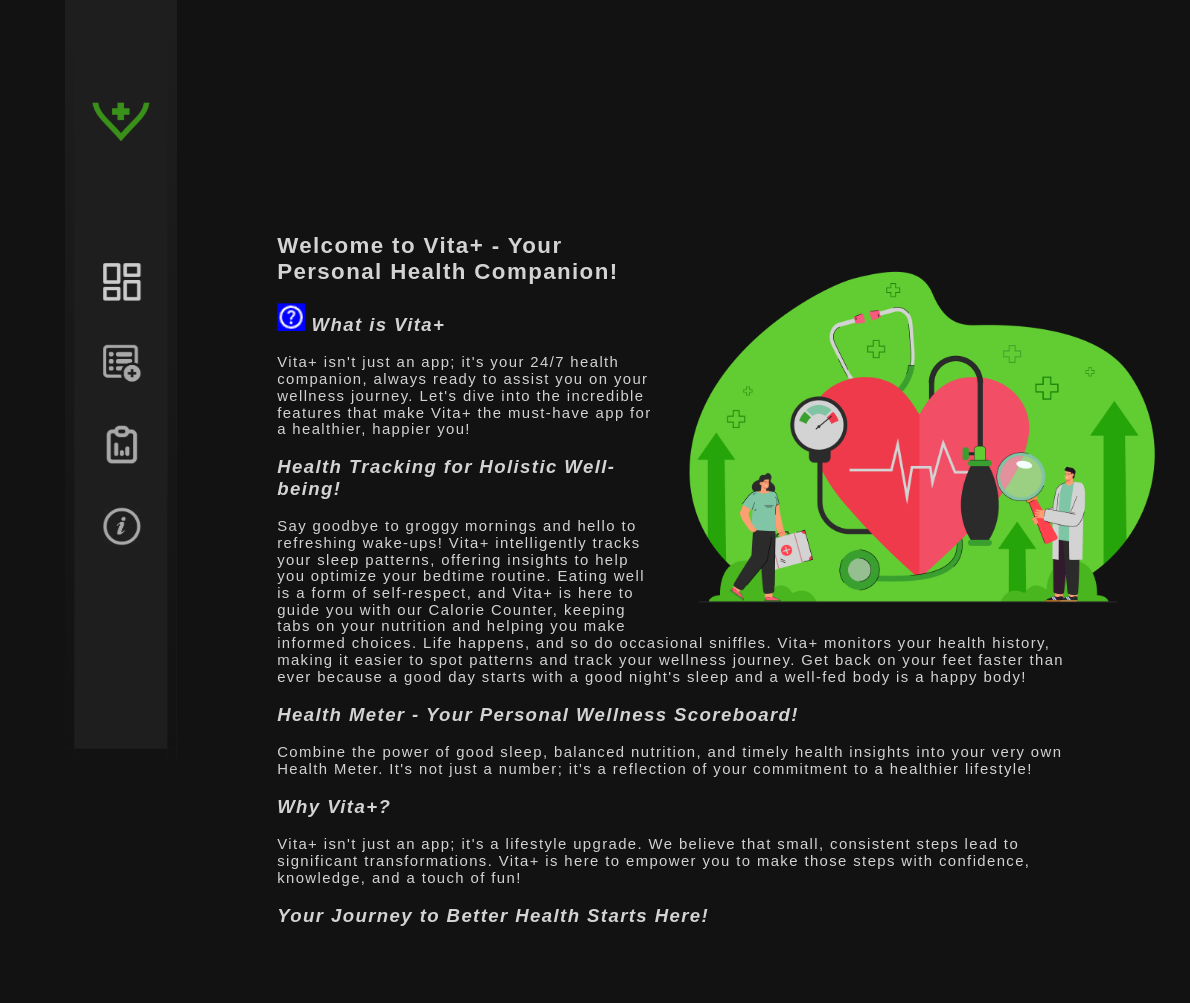
Repository: mhmd-bilal/health-analytics-dashboard
Page: http://localhost/project/info.jsp
An editor plug-in stored every save of this project. The page is shown before and after the next save, followed by the edit.
The browser window is 1280 px wide. The pictures show the whole page, at 93% of full size.
Some web fonts or font styles are not loaded; a fallback is used. Some web libraries are served in a nearby version. The page is served by Tomcat 10. Other server files are loaded and not shown.

Above is the page before, as saved 2023-12-06 13:38:45.

### project/src/main/webapp/info.jsp
<%@ page import="project.SleepCalculator" %>
  <%@ page import="project.CaloriesCalculator" %>
    <%@ page import="project.IllnessCalculator " %>

      <html>

      <head>
        <meta charset="UTF-8">
        <meta name="viewport" content="width=device-width, initial-scale=1.0">
        <title>Your Health Dashboard</title>
        <link rel="stylesheet" href="https://fonts.googleapis.com/css?family=Kanit">
        <link rel="stylesheet" type="text/css" href="styles2.css">
        <meta name="viewport" content="width=device-width, initial-scale=1">
        <script src='https://cdnjs.cloudflare.com/ajax/libs/jquery/3.2.1/jquery.min.js'></script>
<link rel="stylesheet" href="https://fonts.googleapis.com/icon?family=Material+Icons">
        <script>
          // Use fetch to trigger the SleepAnalyticsServlet on page load
          function fetchSleepAnalytics() {
            fetch('SleepAnalyticsServlet')
              .then(response => response.text())
              .then(data => {
                // Optional: You can add logic to update the UI based on the response from the servlet
                console.log(data);
              })
              .catch(error => {
                console.error('Error:', error);
              });
          }
          function submitForm() {
            var inputValue = document.getElementById("inputValue").value;

            fetch('SaveToDatabaseServlet', {
              method: 'POST',
              headers: {
                'Content-Type': 'application/x-www-form-urlencoded',
              },
              body: 'inputValue=' + encodeURIComponent(inputValue),
            })
              .then(response => response.json())
              .then(data => {
                alert(data.message);
                if (data.recordAdded) {
                  alert('Record added successfully!');
                }
              })
              .catch(error => {
                console.error('Error:', error);
              });
          }

          function redirectToAddRecordPage() {
            window.location.href = 'addrecord.jsp';
          }



        </script>

      </head>
      <body style="overflow:hidden">
      <img src="infograhic.png" class="infograhic" height="400px" ></p>
      <div class="sidenav">
    <a href="#" style="padding-bottom: 100px;padding-left: 10px;"><img style="width: 95%;filter: brightness(1);" src="logo.png"></a>
    <a class="active" href="index2.jsp"><img src="dashboard.png"></a>
    <a href="add.jsp"><img src="add.png"></a>
    <a href="anal.jsp"><img src="anal.png"></a>
    <a href="info.jsp"><img src="info.png"></a>
  </div>
        <div style="width:70%;font-spacing:1px;margin-top:250px;" class="main">
                  <h2 style="font-weight: bolder;">Welcome to Vita+ - Your Personal Health Companion!</h2>
<p style="font-weight: bold;font-style:italic;font-size: 20px;;"><img src="help.png" style="height:30px;filter: invert(100%);background-color:yellow" > What is Vita+</p>
Vita+ isn't just an app; it's your 24/7 health companion, always ready to assist you on your wellness journey. Let's dive into the incredible features that make Vita+ the must-have app for a healthier, happier you!

<p style="font-weight: bold;font-style:italic;font-size: 20px;">Health Tracking for Holistic Well-being!</p>
<p>Say goodbye to groggy mornings and hello to refreshing wake-ups! Vita+ intelligently tracks your sleep patterns, offering insights to help you optimize your bedtime routine. Eating well is a form of self-respect, and Vita+ is here to guide you with our Calorie Counter, keeping tabs on your nutrition and helping you make informed choices. Life happens, and so do occasional sniffles. Vita+ monitors your health history, making it easier to spot patterns and track your wellness journey. Get back on your feet faster than ever because a good day starts with a good night's sleep and a well-fed body is a happy body!</p>

<p style="font-weight: bold;font-style:italic;font-size: 20px;">Health Meter - Your Personal Wellness Scoreboard!</p>
Combine the power of good sleep, balanced nutrition, and timely health insights into your very own Health Meter. It's not just a number; it's a reflection of your commitment to a healthier lifestyle!

<p style="font-weight: bold;font-style:italic;font-size: 20px;">Why Vita+?</p>
Vita+ isn't just an app; it's a lifestyle upgrade. We believe that small, consistent steps lead to significant transformations. Vita+ is here to empower you to make those steps with confidence, knowledge, and a touch of fun!

<p style="font-weight: bold;font-style:italic;font-size: 20px;">Your Journey to Better Health Starts Here!

      </div>

      </body>

      </html>

### project/src/main/webapp/styles2.css
body {
  font-family: "Montserrat", sans-serif;
  letter-spacing: 1.5px;
  background-color: #121212;
}

.sidenav {
  align-items: center;
  height: 100%;
  width: 100px;
  position: fixed;
  z-index: 1;
  top: 0;
  left: 0;
  background-color: #1E1E1E;
  overflow-x: hidden;
  padding-top: 75px;
  margin-left: 70px;
  margin-right: 100px;
  margin-top: 0px;
  border: 10px solid;
  border-image: linear-gradient(to bottom, #1E1E1E, #121212) 1;
}

.sidenav img {
  width: 75%;
}

.sidenav a {
  padding: 6px 6px 30px 25px;
  text-decoration: none;
  font-size: 25px;
  color: #d3d3d3;
  display: block;
  filter: brightness(0.8);
  transition: 0.2s;
}

.sidenav a:hover {
  filter: brightness(1.75);
}

.active img {
  filter: brightness(2);
}


.main {
  margin-left: 290px;
  margin-top: 100px;
  color: #d3d3d3;
  width: 1500px;
  height: 820px;
}

.container {
  display: flex;
}

.moodenter {
  border: 0px;
  border-radius: 25px;
  height: 50px;
  line-height: normal;
  color: #282828;
  display: block;
  width: 90%;
  box-sizing: border-box;
  user-select: auto;
  font-size: 16px;
  padding: 0 6px;
  padding-left: 30px;
  outline: none;
  background-color: #d3d3d3;
  margin-right: 10px;

}

.subbtn {
  width: 10%;
  display: inline-block;
  outline: none;
  cursor: pointer;
  font-size: 14px;
  line-height: 1;
  border-radius: 500px;
  transition-property: background-color, border-color, color, box-shadow, filter;
  transition-duration: .3s;
  border: 0px;
  letter-spacing: 2px;
  min-width: 160px;
  text-transform: uppercase;
  white-space: normal;
  font-weight: 700;
  text-align: center;
  padding: 16px 14px 18px;
  color: #fff;
  background-color: #49b51f;
  height: 48px;

  :hover {
    filter: brightness(1.75);
  }

}

.analytics_container {
  width: 100%;
  height: 60%;
  background-color: #121212;
  display: flex;
}

.pie {
  width: 40%;
}

.count {
  background-color: #1E1E1E;
  width: 60%;
  border: solid 8px transparent;
  border-radius: 80px;
  display: grid;
  background-image: linear-gradient(#1E1E1E, #1E1E1E), linear-gradient(to bottom, #1E1E1E, #121212);
  background-origin: border-box;
  background-clip: padding-box, border-box;
}

.counts {
  display: flex;
  margin-bottom: -60px;
}

.health-meter {
  padding: 0px 0px 10px 70px;
  display: flexbox;
  width: 83.5%;
}

.card {
  background-color: none;
  padding: 70px 0px 10px 70px;
  display: flexbox;
  width: 22.5%;
  height: 60%;
  height: 45%;
}

.count-icon {
  width: 60px;
  margin-left: -5px;
}

.count-text {
  font-size: 25px;
  line-height: 0px;
  font-weight: bolder;
  font-style: normal;
  margin-top: 30px;
}

.count-count {
  font-size: 18px;
  line-height: 0px;
  font-weight: lighter;
  margin-top: -12px;

}

.pbbg {
  background-color: #282828;
  width: 100%;
  height: 3%;
  border-radius: 80px;
}

.pb {
  background-color: #49b51f;
  height: 100%;
  border-radius: 80px;
}

.choose {
  width: 100%;
  height: 20%;
  background-color: #121212;
  display: flex;
}

.choose-card {
  height: 120%;
  width: 33%;
  align-items: center;
  text-align: center;
  background-image: linear-gradient(to bottom, #1E1E1E, #121212);
  ;
  border: #121212 solid 9px;
  border-radius: 40px 40px 0px 0px;
  padding: 60px 0px 0px 1px;
  transition: 1s;
  margin-top: 5px;
}

.choose-card a {
  background-color: transparent;
  outline: none;
  border: none;
}

.choose-card:hover {
  translate: 0 -5px;
}

#formFrame {
  margin-top: 200px;
}

.choose-card img {
  height: 70px;
}


.main-entry {
  width: 100%;
  height: 20%;
  text-align: center;
  color: #d3d3d3;
}

.date-pick {
  background-color: #1E1E1E;
  color: white;
  outline: none;
  border: none;
  border-radius: 25px;
  padding: 10px;
}

.subbtnentry {
  width: 40px;
  height: 30px;
  display: inline-block;
  outline: none;
  cursor: pointer;
  font-size: 14px;
  line-height: 1;
  border-radius: 500px;
  transition-property: background-color, border-color, color, box-shadow, filter;
  transition-duration: .3s;
  border: 0px;
  letter-spacing: 2px;
  min-width: 160px;
  text-transform: uppercase;
  white-space: normal;
  font-weight: 600;
  text-align: center;
  padding: 5px;
  color: #fff;
  background-color: #49b51f;
}
.chartFrame{
	outline: none;
	border: none;
	margin-top: 30px;
}

.md{
	text-align: center;
	color: #d3d3d3;
	z-index: 1;
	position: absolute;
	margin-top: -260px;
	margin-left: 245px;
}

.infograhic{
	z-index: 1;
	position: relative;
	padding-top: 20px;
	float: right;
}
@media screen and (max-height: 450px) {
  .sidenav {
    padding-top: 15px;
  }

  .sidenav a {
    font-size: 18px;
  }
}

[data-icon]:before {
  font-family: icons; /* BYO icon font, mapped smartly */
  content: attr(data-icon);
}

After the next save:
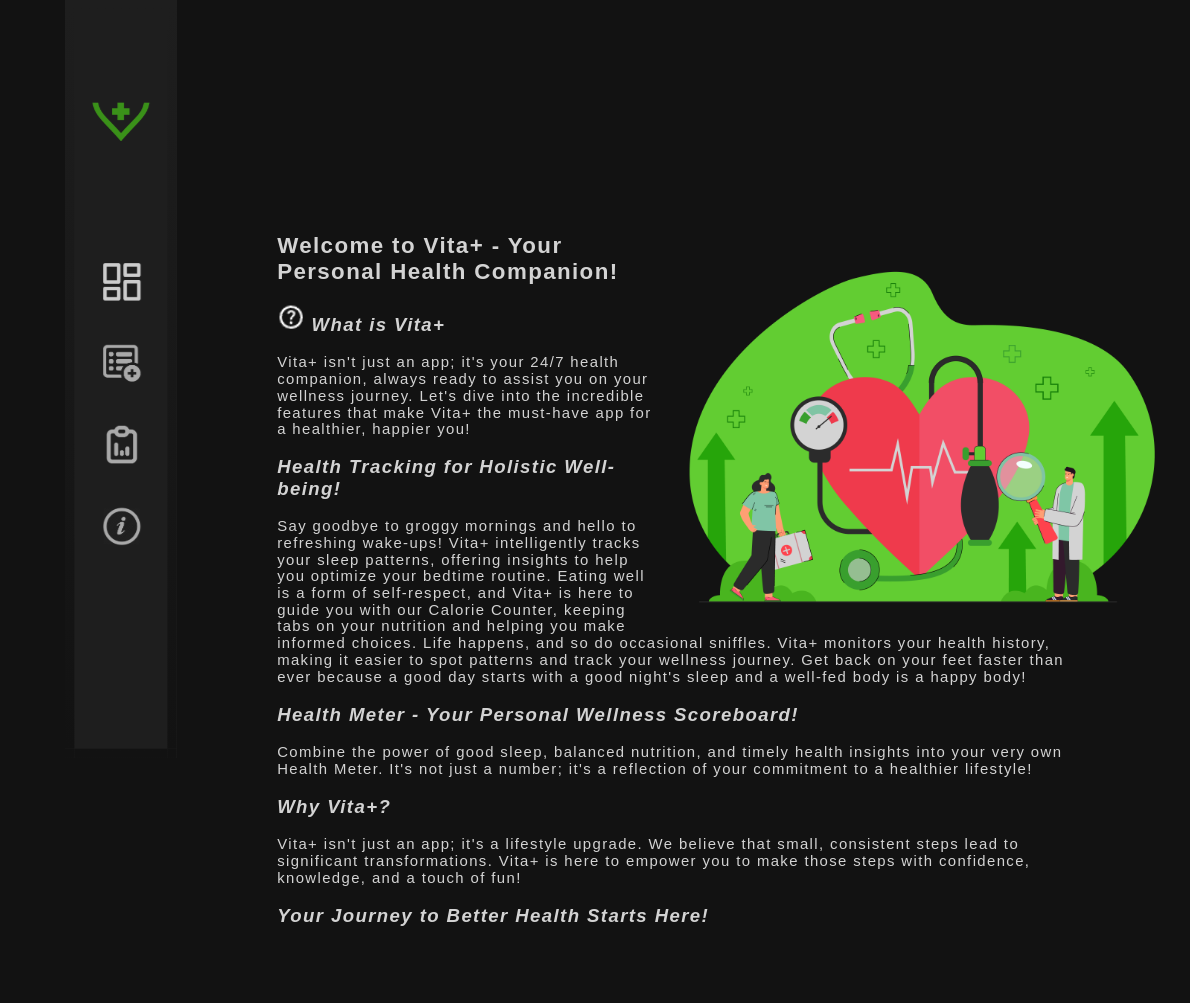
Saved 15 s later.
--- a/project/src/main/webapp/info.jsp
+++ b/project/src/main/webapp/info.jsp
@@ -68,7 +68,7 @@
   </div>
         <div style="width:70%;font-spacing:1px;margin-top:250px;" class="main">
                   <h2 style="font-weight: bolder;">Welcome to Vita+ - Your Personal Health Companion!</h2>
-<p style="font-weight: bold;font-style:italic;font-size: 20px;;"><img src="help.png" style="height:30px;filter: invert(100%);background-color:yellow" > What is Vita+</p>
+<p style="font-weight: bold;font-style:italic;font-size: 20px;;"><img src="help.png" style="height:30px;filter: invert(100%);background-color:none" > What is Vita+</p>
 Vita+ isn't just an app; it's your 24/7 health companion, always ready to assist you on your wellness journey. Let's dive into the incredible features that make Vita+ the must-have app for a healthier, happier you!
 
 <p style="font-weight: bold;font-style:italic;font-size: 20px;">Health Tracking for Holistic Well-being!</p>
